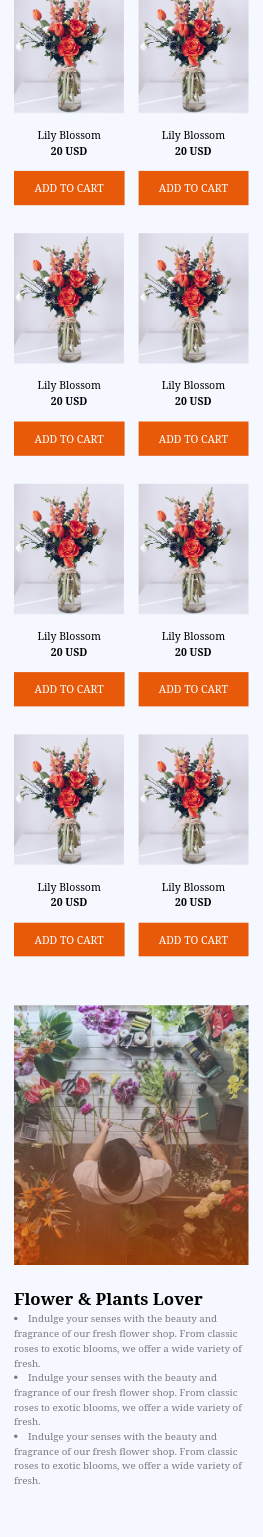
Repository: nahid-hasann/website-7
Page: index.html
An editor plug-in stored every save of this project. The page is shown before and after the next save, followed by the edit.
The browser window is 375 px wide. The pictures show the part of the page from y = 903 to 3143 px (the page is 3098 px tall before and 3143 px after), at 70% of full size.
Some web libraries are served in a nearby version.

Above is the page before, as saved 2025-07-24 13:15:56.

After the next save:
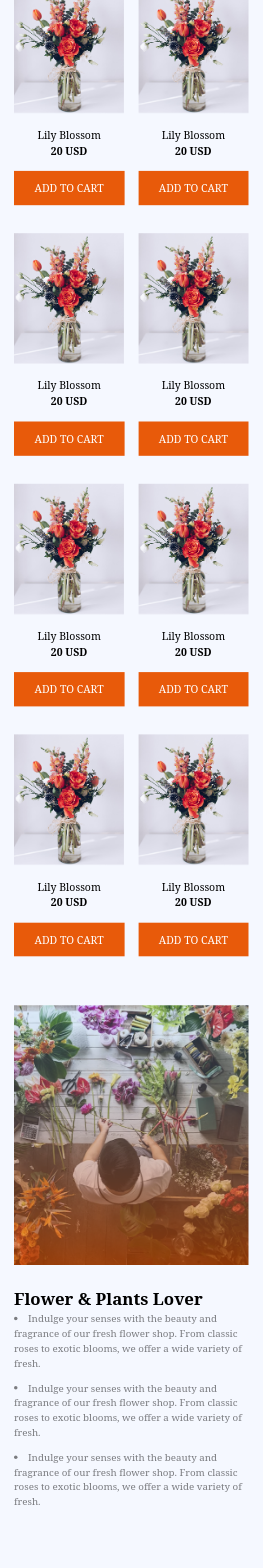
Saved 5 s later.
--- a/style.css
+++ b/style.css
@@ -286,7 +286,7 @@ nav{
 
 .plants-lover-content or li{
     font-size: 14px;
-    margin-bottom: ;
-}
-
-}
+    margin-bottom: 15px;
+}
+
+}
